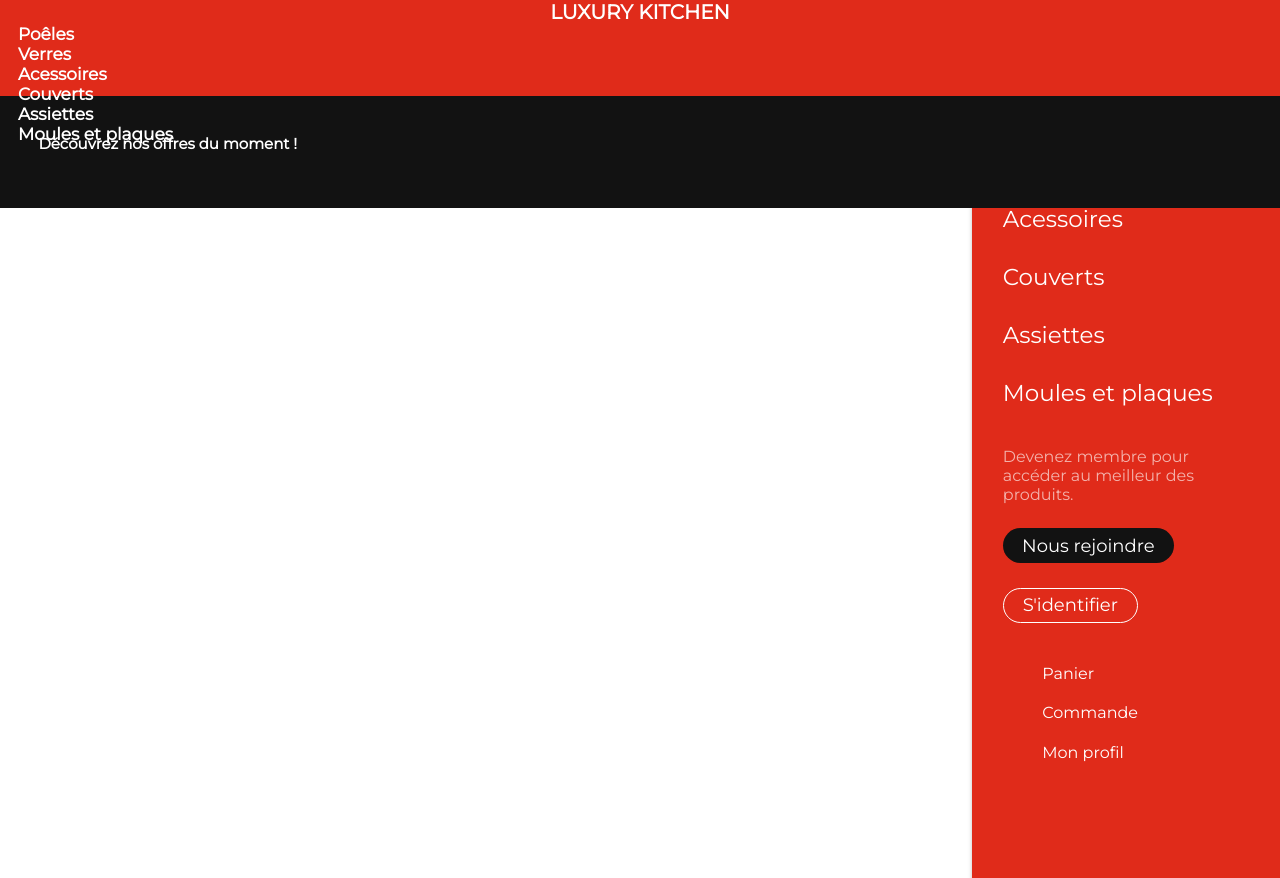
Repository: Juannpl/Luxury-Kicthen
Page: index.html
These files come from the project's save history. The page is drawn as it stood at one moment and after a run of saves; the edit follows.
The browser window is 1280 px wide. The pictures show the whole page.
Some icons come from a web library that is not loaded, so they are not drawn.

Above is the page before, as saved 2023-02-06 12:29:00.

### index.html
<!DOCTYPE html>
<html lang="fr">
<head>
    <meta charset="UTF-8">
    <meta http-equiv="X-UA-Compatible" content="IE=edge">
    <meta name="viewport" content="width=device-width, initial-scale=1.0">

    <script src="https://unpkg.com/boxicons@2.1.4/dist/boxicons.js"></script>

    <link rel="stylesheet" href="css/style.css">
    <title>Acceuil - LK</title>
</head>
<body>
    <header class="header">
        <nav class="nav_container row">
            <div class="logo">
                <p>LUXURY KITCHEN</p>
            </div>
            <div class="barre_categorie">
                <ul class="row">
                    <li><a href="#">Poêles</a></li>
                    <li><a href="#">Verres</a></li>
                    <li><a href="#">Acessoires</a></li>
                    <li><a href="#">Couverts</a></li>
                    <li><a href="#">Assiettes</a></li>
                    <li><a href="#">Moules et plaques</a></li>
                </ul>
            </div>
            <div class="nav_list">
                <ul class="roo">
                    <li class="items_list">
                        <box-icon name='shopping-bag' color='#ffffff' size='1.7rem'></box-icon>
                    </li>
                    <li class="items_list">
                        <box-icon name='user-circle' type='solid' color='#ffffff' size='1.7rem'></box-icon>
                    </li>
                    <a id="openBtn">
                        <li class="items_list">
                            <box-icon name='menu' color='#ffffff' size=2.2rem></box-icon>
                        </li>
                    </a>
                </ul>
            </div>
        </nav>
        <div id="transparent"></div>
        <section id="barre_categorie_mobile">
            <div id="closeBtn">
                <box-icon name='x' color='#ffffff' size='3rem'></box-icon>
            </div>
            <div class="nav_contents roo">
                <div>
                    <ul class="roo">
                        <li><a href="#">Poêles</a></li>
                        <li><a href="#">Verres</a></li>
                        <li><a href="#">Acessoires</a></li>
                        <li><a href="#">Couverts</a></li>
                        <li><a href="#">Assiettes</a></li>
                        <li><a href="#">Moules et plaques</a></li>
                    </ul>
                </div>
                <div>
                    <p class="opacityy">
                        Devenez membre pour accéder au meilleur des produits.
                    </p>
                </div>
                <div>
                    <button type="button" class="btn-black">Nous rejoindre</button>
                </div>
                <div>
                    <button type="button" class="btn-clear">S'identifier</button>
                </div>
                <div class="items">
                    <div class="roww">
                        <box-icon name='shopping-bag' color='#ffffff' size='1.7rem'></box-icon>
                        <p>Panier</p>
                    </div>
                    <div class="roww">
                        <box-icon type='solid' name='package' color='#ffffff' size='1.7rem'></box-icon>
                        <p>Commande</p>
                    </div>
                    <div class="roww">
                        <box-icon name='user-circle' type='solid' color='#ffffff' size='1.7rem'></box-icon>
                        <p>Mon profil</p>
                    </div>
                </div>
                <div class="reseaux roo">
                    <div class="sociaux">
                        <box-icon name='facebook-circle' type='logo' color='#ffffff' ></box-icon>
                    </div>
                    <div class="sociaux">
                        <box-icon name='twitter' type='logo' color='#ffffff' ></box-icon>
                    </div>
                    <div class="sociaux">
                        <box-icon name='instagram-alt' type='logo' color='#ffffff' ></box-icon>
                    </div>
                </div>
            </div>
        </section>
        <!-- FIN DDE LA BARRE DE NAVIGATION MOBILE-->
    </header>
    <main id="juan">
        <section class="body_container">
            <div class="firstpart">
                <div class="name_of_card">
                    <h1>Découvrez nos offres du moment !</h1>
                </div>
                <div class="swipe">
                </div>
                <div></div>
                <div></div>
            </div>
        </section>
    </main>
    <footer>

    </footer>
    <script src="script.js"></script>
</body>
</html>

### css/style.css
/*

    GENERAL

*/

@import url('https://fonts.googleapis.com/css2?family=Montserrat&family=Roboto&display=swap');

:root{
    --rougelinear: rgba(224, 43, 26, 1);
    --rougetext: #E02B1A;
    --blanc: #fff;
    --noirclair: #1E1E1E;
    --noir: #121212;
    --gris: #595959;
}

*/*,
*::after,
*::before*/{
    margin: 0;
    padding: 0;
    box-sizing: inherit;
    list-style: none;
    text-decoration: none;
    font-family: 'Montserrat', 'sans-serif';
}

html{
    width: 100%;
    overflow-x: hidden;
}

.controle img{
    width: 100%;
}

/*

    HEADER

*/

.header{
    background-color: var(--rougelinear);
    height: 6rem;
    display: grid;
    align-items: center;
    position: relative;
}

.logo{
    color: var(--blanc);
    font-size: 0.9em;
    font-weight: 600;
    text-align: center;
    padding-left: 5%;
}

.barre_categorie{
    display: none;
}

#closeBtn{
    position: absolute;
    top: 5%;
    right: 10%;
    cursor: pointer;
}

#barre_categorie_mobile{
    color: var(--blanc);
    width: 308px;
    position: absolute;
    z-index: -1;
    top: 0;
    right: 0;
    background-color: var(--rougelinear);
    transition: left 0.5s ease;
    display: flex;
    align-items: center;
    flex-direction: column;
    box-shadow: 0px 4px 4px 0px rgba(0, 0, 0, 0.25);
}

/* Active class */
#barre_categorie_mobile.active{
    z-index: 3;
}

#transparent.active{
    z-index: 2;
}

#transparent{
    position: fixed;
    top: 0;
    right: 0;
    width: 100%;
    height: 100vh;
    z-index: -3;
    background: rgba(255, 255, 255, 0.28);
    backdrop-filter: blur(3.8px);
    -webkit-backdrop-filter: blur(3.8px);
}

.reseaux{
    justify-content: center;
}

.sociaux{
    padding: 2% ;
}

#barre_categorie_mobile ul{
    flex-direction: column;
}

#barre_categorie_mobile ul a{
    color: var(--blanc);
    font-weight: 550;
    font-size: 23px;
}

#barre_categorie_mobile ul li{
    margin: 15px 0px;
}

.nav_container{
    justify-content: space-between;
    /* text-align: center; */
    align-items: center;
}

.roo{
    display: flex;
}

.items_list{
    padding: 0 0.5rem;
    height: auto;
    display: grid;
    align-items: center;
    cursor: pointer;
}

.nav_list{
    padding-right: 3%;
}

.nav_contents{
    width: 80%;
    flex-direction: column;
    margin-top: 20%;
}

.nav_contents div{
    margin: 5% 0;
}

.btn-black{
    width: 171px;
    height: 35px;
    background-color: var(--noir);
    color: var(--blanc);
    border: 0px;
    border-radius: 20px;
    font-family: Montserrat;
    font-size: 18px;
}

.btn-clear{
    border: 1.7px solid var(--blanc);
    color: var(--blanc);
    background-color: transparent;
    width: 133px;
    height: 33px;
    border-radius: 20px;
    font-family: Montserrat;
    font-size: 18px;
}

.roww{
    display: flex;
    align-items: center;
    margin: 5% 0;
}

.opacityy{
    opacity: 63%;
}

.items p{
    margin-left: 5%;
}

/*

    MAIN

*/

.btn-red{
    height: 23px;
    width: 135px;
    border-radius: 3px;
    border: none;
    background-color: var(--rougelinear);
    color: var(--blanc);

}

.swipe {
    display: flex;
}

#juan{
    background-color: var(--noir);
    padding: 3% 3%;
}

.controle{
    height: 190px;
    width: 100%;

}

.description h2{
    font-family: Montserrat;
    font-size: 15px;
    font-weight: 600;
    color: var(--blanc);
}

.name_of_card {
    color: var(--blanc);
    font-family: Montserrat;
    font-size: 10px;
    font-weight: 700;
    text-align: left;
    padding-bottom: 1rem;

}

.card{
    text-align: center;
    background-color: var(--gris);
}

/* desktop = 1224px, tablette = 768px */

@media only screen and (min-width: 768px){
    .logo{
        font-size: 20px;
    }
}

@media only screen and (min-width: 1224px){
    .barre_categorie_mobile{
        display: none;
    }

    .barre_categorie{
        display: revert;
        width: 70%;
    }

    .barre_categorie li{
        padding: 0% 2%;
    }

    .barre_categorie a{
        color: var(--blanc);
        font-weight: 600;
        font-size: 17px;
    }

    .nav_list {
        padding-right: 0;
    }

    .logo {
        padding-left: 0;
    }

    .roo {
        justify-content: center;
    }

    #openBtn{
        display: none;
    }
}


/* ---------- Footer ---------- */

footer{
    width: 100%;
    align-items: center;
    font-family: 'Montserrat', sans-serif;
}

.container-footer{
    height: 400px;
    display: flex;
    flex-direction: column;
    padding-top: 20px;
    background-color: #121212;
    color: white;
    font-size: 1.2rem;
}

.contact-infos{
    display: none;
}

.contact-infos p{
    font-size: 16px;
    color: rgb(255, 255, 255, .5);
}

.container-footer h3{
    text-align: center;
    margin: 25px 0 25px 0;
    font-size: 18px;
}

.download{
    text-align: center;
}

.picto{
    width: 30%;
}

.logos-paiement{
    width: 60%;
    height: 50px;
    display: flex;
    justify-content:space-between;
    align-items: center;
    margin: auto;
}

#visa{
    width: 70px;
    height: 95px;
}

#mastercard{
    width: 70px;
    height: 30px;
}

#paypal{
    width: 35px;
    height: 35px;
}

.social-media{
    text-align: center;
    margin-top: 5px;
}


/* ---------- Page d'inscription ---------- */

.create-account-container{
    width: 100%;
    height: 90%;
    background-color:var(--noirclair);
    text-align: center;
    color: var(--blanc);
    display: grid;
    gap: 5px;
    padding-top: 8%;
    font-family: 'Montserrat', sans-serif;
}

.create-account-container h1{
    font-size: 18px;
}

.create-account-container h3{
    font-size: 12px;
}

#identification-span{
    color: var(--rougetext);
}

.create-account-form{
    padding: 2%;
}

.create-account-form input{
    width: 80%;
    height: 60px;
    margin: 3%;
    padding-left: 3%;
    border-radius: 3px;
    background-color: var(--noirclair);
    border: var(--gris) 1px solid;
    font-size: 15px;
}

.conditions{
    display: flex;
}

.conditions p{
    padding-top: 3%;
    font-size: 13px;
    text-align: left;
}

#conditions{
    width: 16px;
    height: 16px;
}

.create-account-form button{
    width: 120px;
    height: 35px;
    margin: 4% 0 4% 0;
    background-color: var(--rougetext);
    color: var(--blanc);
    border-radius: 5px;
    font-family: 'Montserrat', sans-serif;
    font-size: 15px;
    font-weight: 600;
    border: none;
}


/* ---------- Page d'identification ---------- */

.container-identification{
    background-color: var(--noirclair);
    color: var(--blanc);
    text-align: center;
    font-family: 'Montserrat', sans-serif;
    display: grid;
    gap: 20px;
    padding: 120px 0 70px;
}

.container-identification h1{
    font-size: 18px;
}

.container-identification input{
    width: 300px;
    height: 60px;
    background-color: var(--noirclair);
    border: var(--gris) 1px solid;
    border-radius: 3px;
    padding-left: 2%;
}

.container-identification h3{
    font-size: 12px;
    padding: 10px;
}

.social-identification button{
    width: 266px;
    height: 35px;
    border-radius: 20px;
    color: var(--blanc);
    font-size: 11px;
    font-weight: 600;
    display: flex;
    align-items: center;
    justify-content: center;
}

#fb-button{
    background-color: #039be5;
    border: none;
}

#apple-button{
    background-color: var(--noir);
    border: none;
}

#google-button{
    background-color: var(--noirclair);
    border: var(--blanc) 1px solid;
}

.social-identification img{
    width: 24px;
    height: 24px;
}

.social-identification{
    text-align: center;
    display: grid;
    justify-content: center;
    gap: 20px;
}

.form-identification input{
    margin-bottom: 7%;
}

.form-identification button{
    width: 140px;
    height: 40px;
    background-color: var(--rougetext);
    color: var(--blanc);
    font-size: 15px;
    font-weight: 600;
    border-radius: 5px;
    border: none;
    margin-bottom: 7%;
}



/* -------------------- Tablet -------------------- */


@media only screen and (min-device-width : 768px){

    /* ---------- Footer ---------- */

    .container-footer{
        height: 430px;
    }

    .container-footer-tablet{
        display: flex;
        justify-content: space-around;
    }

    .contact-infos{
        width: 40%;
        display: flex;
        flex-direction: column;
        text-align:left;
    }

    .download{
        width: 40%;
    }

    .picto{
        width: 45%
    }

    .logos-paiement{
        width: 40%;
    }

    /* ---------- Page d'inscription ---------- */

    .create-account-container h1{
        font-size: 24px;
    }

    .create-account-container h3{
        font-size: 17px;
        padding-top: 1.5%;
    }

    .create-account-form input{
        width: 450px;
        height: 70px;
        font-size: 18px;
        padding-left: 2%;
        margin: 2% 0 .5% 0;
    }

    .conditions{
        width: 63%;
        margin-left: 20%;
    }



    /* ---------- Page d'identification ---------- */

    .container-identification{
        padding: 70px 0 10px 0;
    }

    .container-identification h1{
        font-size: 24px;
    }

    .social-identification button{
        width: 492px;
        height: 63px;
        border-radius: 5px;
        font-size: 15px;
    }

    .container-identification h3{
        font-size: 18px;
    }

    .form-identification input{
        width: 520px;
        height: 75px;
        font-size: 20px;
        margin-bottom: 3%;
    }

    .form-identification button{
        width: 246px;
        height: 60px;
        margin-top: 1%;
        font-size: 24px;
        font-weight: 500;
    }
}





/* -------------------- Desktop -------------------- */


@media only screen and (min-device-width : 1224px){

/* ---------- Footer ---------- */

    .logos-paiement{
        width: 20%;
    }

    .paiement h3{
        padding-top: 1%
    }


    /* ---------- Page d'inscription ---------- */

    .create-account-container h1{
        font-size: 24px;
    }

    .create-account-container h3{
        font-size: 18px;
        padding-top: 1.5%;
    }

    .create-account-form input{
        width: 40%;
        height: 80px;
        font-size: 20px;
        padding-left: 2%;
        margin: 2% 0 .5% 0;
    }

    .conditions{
        width: 43%;
        margin-left: 29%;
    }

    .conditions p{
        padding-top: 3%;
        font-size: 16px;
        text-align: center;
    }

    .create-account-form button{
        width: 220px;
        height: 50px;
        font-size: 20px;
    }

    #conditions{
        width: 25px;
        height: 30px;
    }




    /* ---------- Page d'identification ---------- */


}

### script.js
var navMobile = document.getElementById("barre_categorie_mobile");
var transparent = document.getElementById("transparent");
var openBtn = document.getElementById("openBtn");
var closeBtn = document.getElementById("closeBtn");

openBtn.onclick = openNav;
closeBtn.onclick = closeNav;

/* Set the width of the side navigation to 250px */
function openNav() {
  navMobile.classList.add("active");
  transparent.classList.add("active");
}

/* Set the width of the side navigation to 0 */
function closeNav() {
  navMobile.classList.remove("active");
  transparent.classList.remove("active");
}

After the next 2 saves:
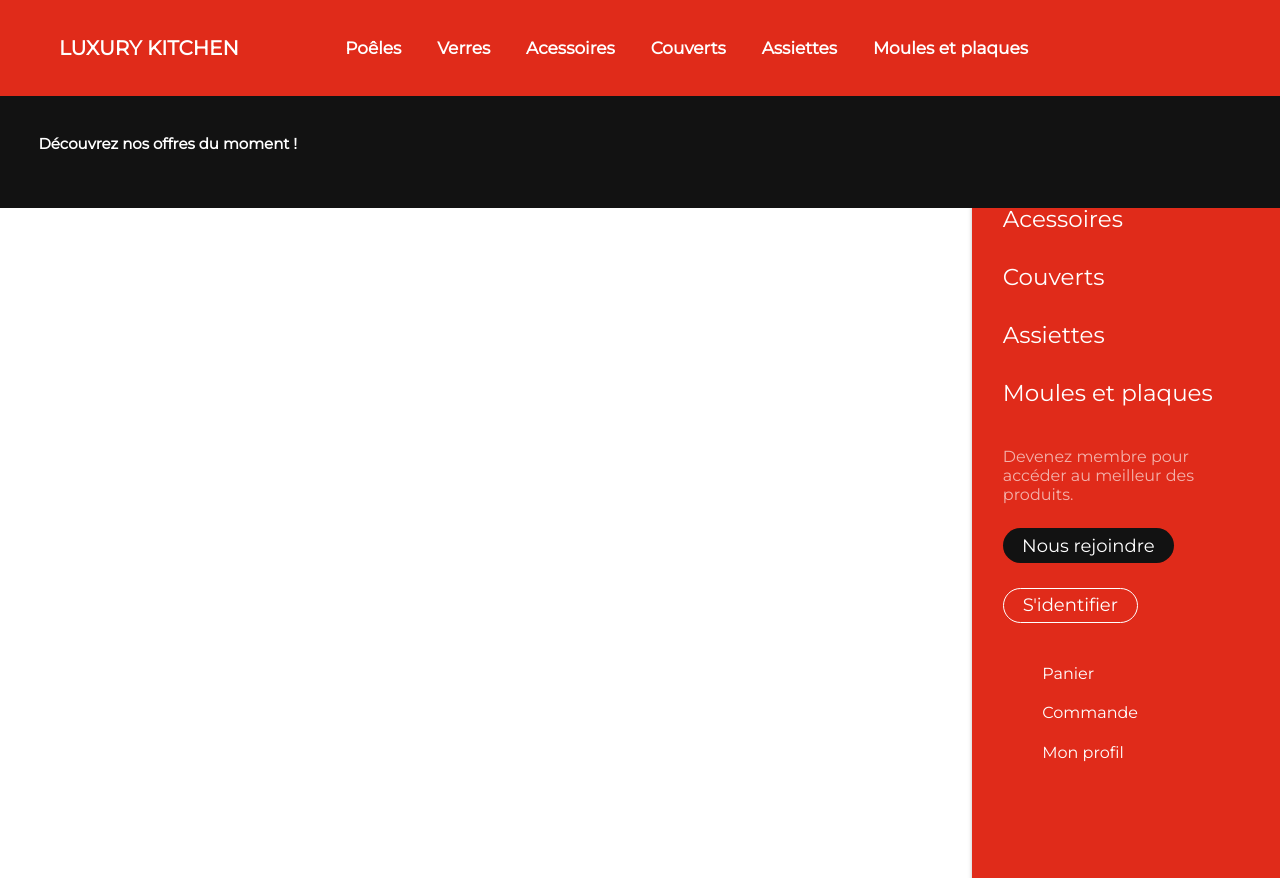
The 2 saves are shown as one change because they came seconds apart.
The last was saved 10 s later.
--- a/index.html
+++ b/index.html
@@ -12,12 +12,12 @@
 </head>
 <body>
     <header class="header">
-        <nav class="nav_container row">
+        <nav class="nav_container roo">
             <div class="logo">
                 <p>LUXURY KITCHEN</p>
             </div>
             <div class="barre_categorie">
-                <ul class="row">
+                <ul class="roo">
                     <li><a href="#">Poêles</a></li>
                     <li><a href="#">Verres</a></li>
                     <li><a href="#">Acessoires</a></li>
